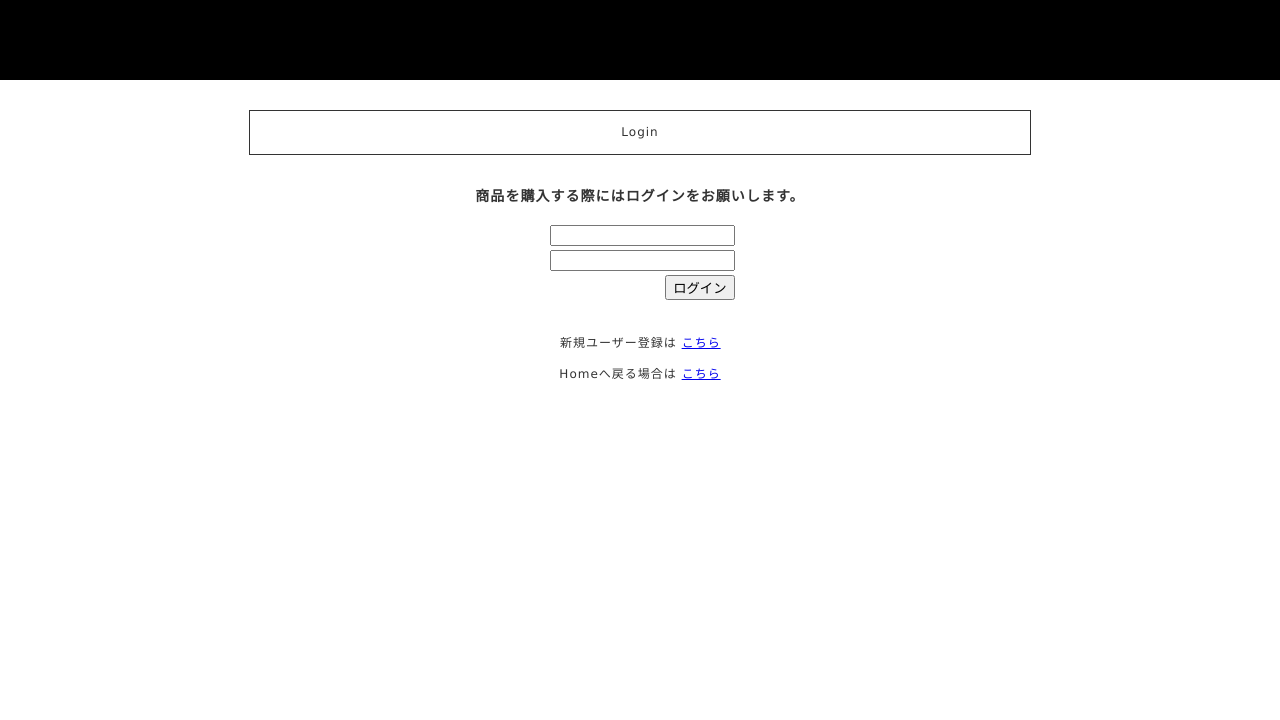
Repository: REDsky96/test
Page: http://localhost/ecsite/login.jsp
An editor plug-in stored every save of this project. The page is shown before and after the next save, followed by the edit.
The browser window is 1280 px wide. The pictures show the whole page.
The page is served by Tomcat 9.

Above is the page before, as saved 2018-11-06 05:46:20.

After the next save:
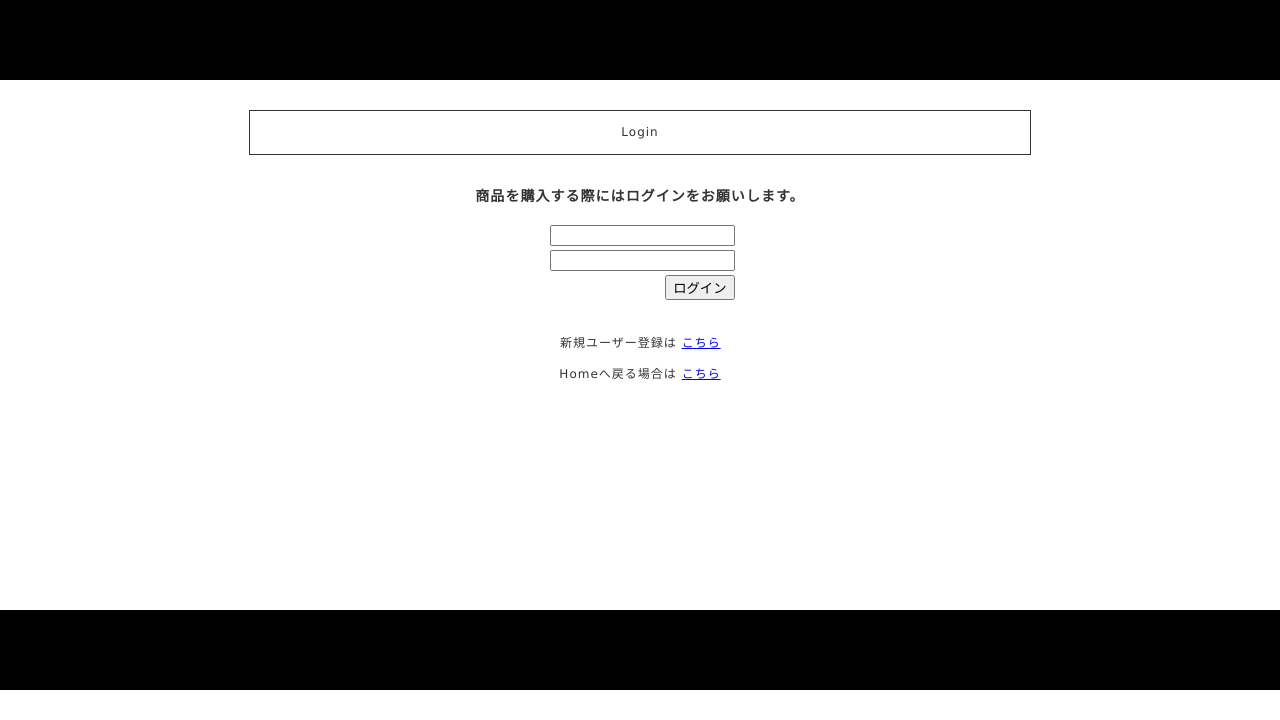
Saved 25 s later.
--- a/ecsite/WebContent/login.jsp
+++ b/ecsite/WebContent/login.jsp
@@ -91,5 +91,8 @@
      </div>
    </div>
 
+   <div id = "footer">
+     <div id = </div>
+
 </body>
 </html>

After the save that followed:
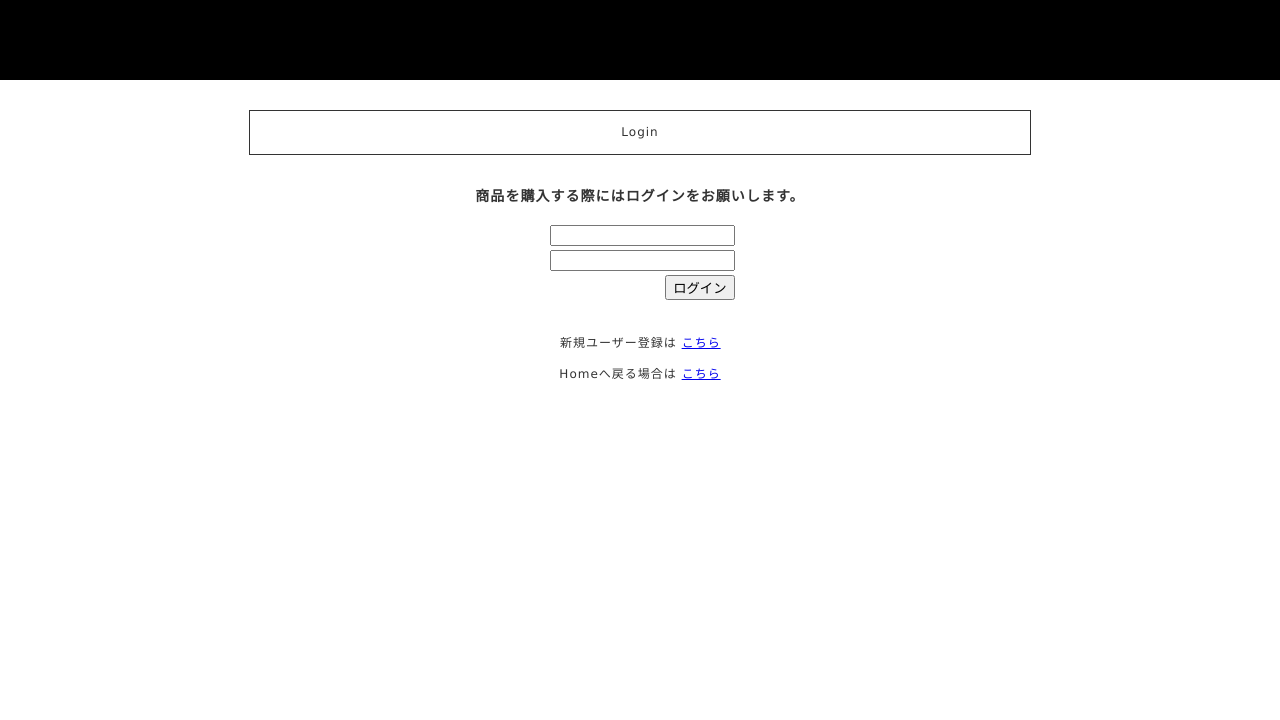
Saved 2 min 53 s later.
--- a/ecsite/WebContent/login.jsp
+++ b/ecsite/WebContent/login.jsp
@@ -91,8 +91,7 @@
      </div>
    </div>
 
-   <div id = "footer">
-     <div id = </div>
+
 
 </body>
 </html>
